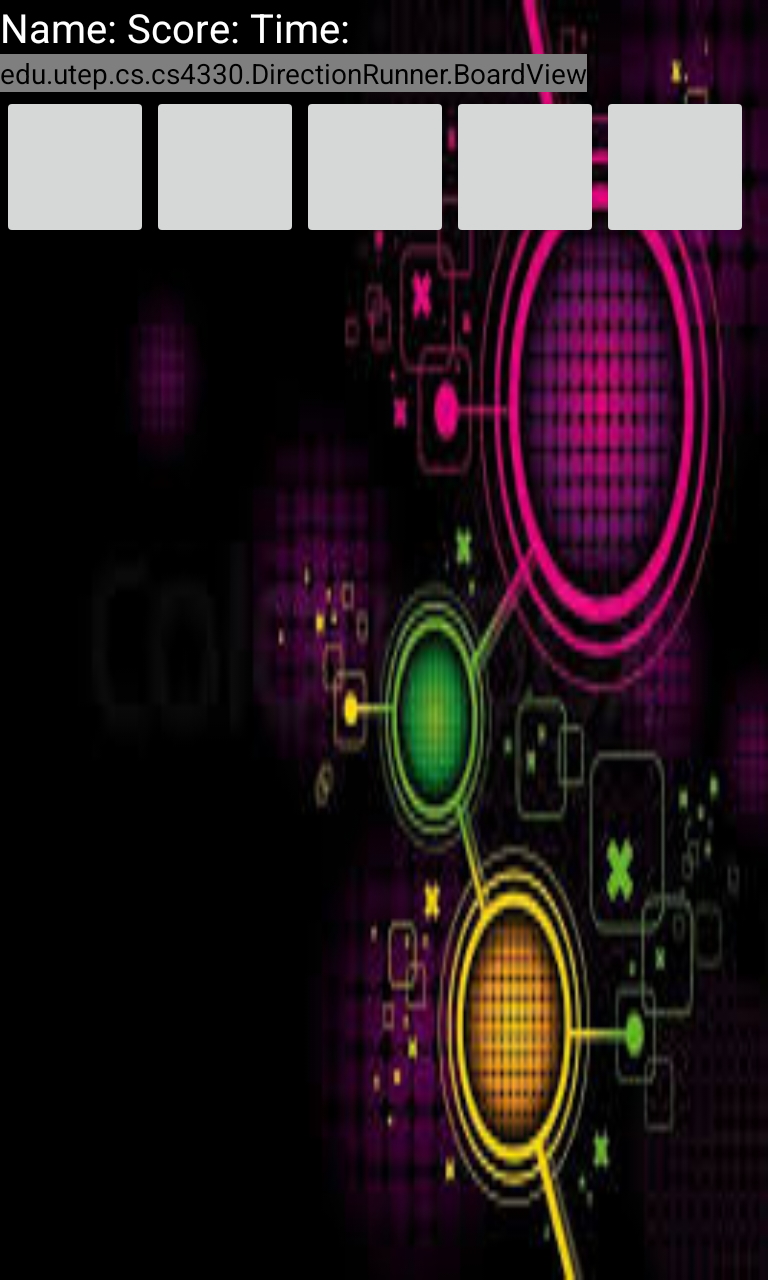
Repository: RedJaVa68/DirectionRunner
Layout: DirectionRunner/res/layout/game_activity.xml
The author's editor kept a copy of each file at every save. The layout is drawn from the files as they stood at one save, then again after the next save.
Pictures or frames that could not be fetched are drawn as grey boxes. It is drawn on a 768 x 1280 px phone screen (xhdpi) without system bars, with theme AppTheme; the app's code is not run.

Above is the layout before, as saved 2015-05-07 00:29:42.

### DirectionRunner/res/layout/game_activity.xml
<?xml version="1.0" encoding="utf-8"?>
<ScrollView
    android:layout_width="match_parent"
    android:layout_height="match_parent"
    android:fillViewport="true"
    xmlns:android="http://schemas.android.com/apk/res/android">
<LinearLayout
    android:layout_width="fill_parent"
    android:layout_height="wrap_content"
    android:orientation="vertical"
    android:weightSum="3"
    android:background="@drawable/bg">
    <LinearLayout
        android:layout_width="wrap_content"
        android:layout_height="wrap_content"
        android:orientation="horizontal">
        <TextView
            android:id="@+id/nameText"
            android:layout_width="wrap_content"
            android:layout_height="wrap_content"
            android:text="Name: "
            android:textSize="20sp"
            android:textColor="#ffffff"/>"
        <TextView
            android:id="@+id/scoreText"
            android:layout_width="wrap_content"
            android:layout_height="wrap_content"
            android:text="Score: "
            android:textSize="20sp"
            android:textColor="#ffffff"/>
        <TextView
            android:id="@+id/clock"
            android:layout_width="wrap_content"
            android:layout_height="wrap_content"
            android:text="Time: "
            android:textSize="20sp"
            android:textColor="#ffffff"/>

    </LinearLayout>
    <edu.utep.cs.cs4330.DirectionRunner.BoardView
        android:id="@+id/boardView"
        android:layout_width="wrap_content"
        android:layout_height="wrap_content"/>
    <LinearLayout
        android:layout_width="wrap_content"
        android:layout_height="wrap_content"
        android:orientation="horizontal">
        <Button
        	android:id="@+id/button1"
        	android:layout_width="75dp"
        	android:layout_height="75dp"
        	android:onClick="button1"/>
        <Button
            android:id="@+id/button2"
            android:layout_width="75dp"
            android:layout_height="75dp"
            android:onClick="button2"/>
        <Button
        	android:id="@+id/button3"
        	android:layout_width="75dp"
        	android:layout_height="75dp"
        	android:onClick="button3"/>
        <Button
            android:id="@+id/button4"
            android:layout_width="75dp"
            android:layout_height="75dp"
            android:onClick="button4"/>
        <Button
        	android:id="@+id/button5"
        	android:layout_width="75dp"
        	android:layout_height="75dp"
        	android:onClick="button5"/>
    </LinearLayout>
</LinearLayout>
</ScrollView>

Loaded but not shown: DirectionRunner/res/values/styles.xml (common file); DirectionRunner/res/values-v11/styles.xml (common file); DirectionRunner/res/values-v14/styles.xml (common file)

After the next save:
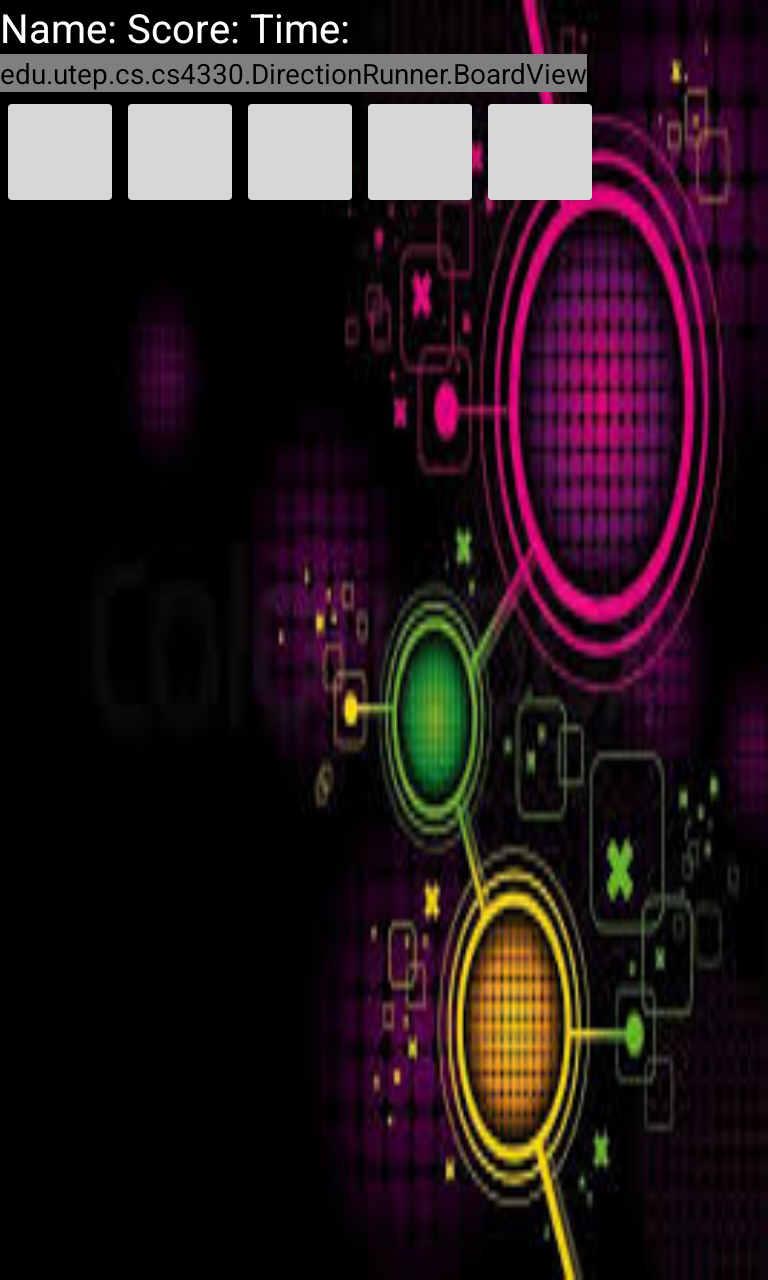
Saved 54 s later.
--- a/DirectionRunner/res/layout/game_activity.xml
+++ b/DirectionRunner/res/layout/game_activity.xml
@@ -47,28 +47,28 @@
         android:orientation="horizontal">
         <Button
         	android:id="@+id/button1"
-        	android:layout_width="75dp"
-        	android:layout_height="75dp"
+        	android:layout_width="60dp"
+        	android:layout_height="60dp"
         	android:onClick="button1"/>
         <Button
             android:id="@+id/button2"
-            android:layout_width="75dp"
-            android:layout_height="75dp"
+            android:layout_width="60dp"
+            android:layout_height="60dp"
             android:onClick="button2"/>
         <Button
         	android:id="@+id/button3"
-        	android:layout_width="75dp"
-        	android:layout_height="75dp"
+        	android:layout_width="60dp"
+        	android:layout_height="60dp"
         	android:onClick="button3"/>
         <Button
             android:id="@+id/button4"
-            android:layout_width="75dp"
-            android:layout_height="75dp"
+            android:layout_width="60dp"
+            android:layout_height="60dp"
             android:onClick="button4"/>
         <Button
         	android:id="@+id/button5"
-        	android:layout_width="75dp"
-        	android:layout_height="75dp"
+        	android:layout_width="60dp"
+        	android:layout_height="60dp"
         	android:onClick="button5"/>
     </LinearLayout>
 </LinearLayout>
